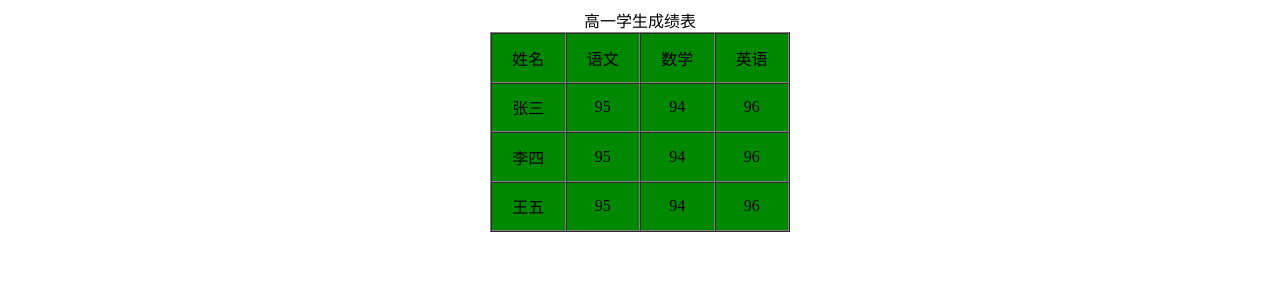
Repository: sheep9590/Test
Page: eclipse-workspace/Prj03/WebRoot/File1.html
The author's editor kept a copy of each file at every save. The page is drawn from the files as they stood at one save, then again after the next save.
The browser window is 1280 px wide. The pictures show the whole page.

Above is the page before, as saved 2021-09-08 14:26:23.

After the next save:
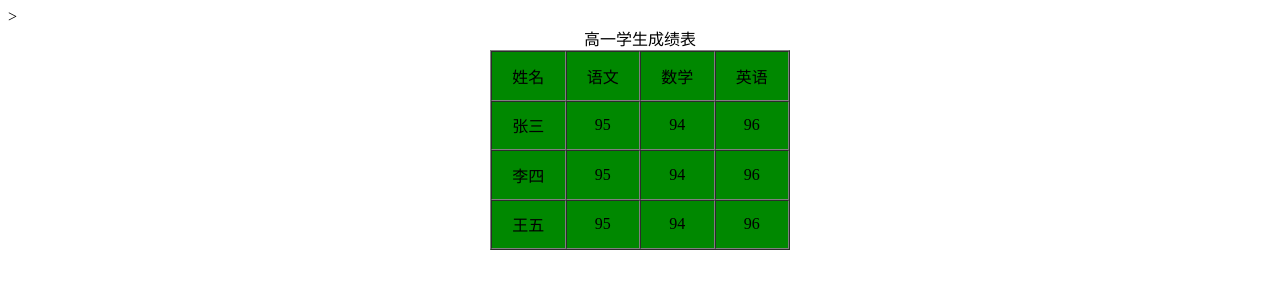
Saved 85 s later.
--- a/eclipse-workspace/Prj03/WebRoot/File1.html
+++ b/eclipse-workspace/Prj03/WebRoot/File1.html
@@ -1,4 +1,4 @@
-<!DOCTYPE html>
+<!DOCTYPE html PUBLIC "-//W3C//DTD HTML 4.01 Transitional//EN" "http://www.w3.org/TR/html4/loose.dtd">>
 <html>
 <body>
 <table  align="center"bgcolor="#008800" width="300" height="200" border="1" cellspacing="0">

After the save that followed:
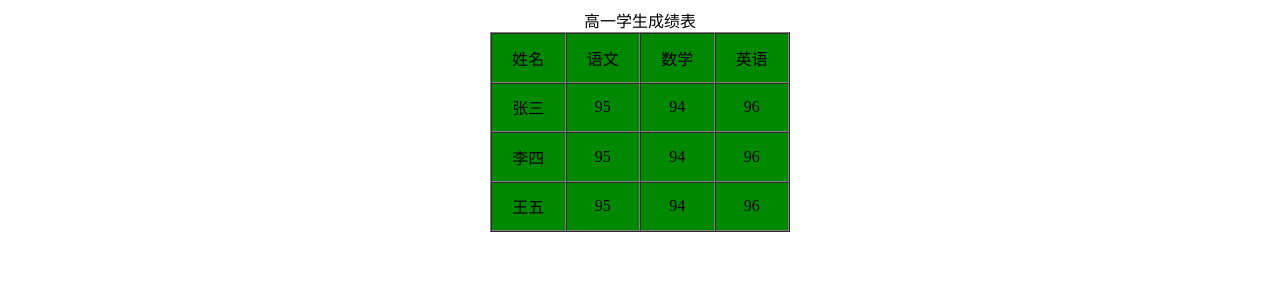
Saved 12 s later.
--- a/eclipse-workspace/Prj03/WebRoot/File1.html
+++ b/eclipse-workspace/Prj03/WebRoot/File1.html
@@ -1,4 +1,4 @@
-<!DOCTYPE html PUBLIC "-//W3C//DTD HTML 4.01 Transitional//EN" "http://www.w3.org/TR/html4/loose.dtd">>
+<!DOCTYPE html PUBLIC "-//W3C//DTD HTML 4.01 Transitional//EN" "http://www.w3.org/TR/html4/loose.dtd">
 <html>
 <body>
 <table  align="center"bgcolor="#008800" width="300" height="200" border="1" cellspacing="0">
